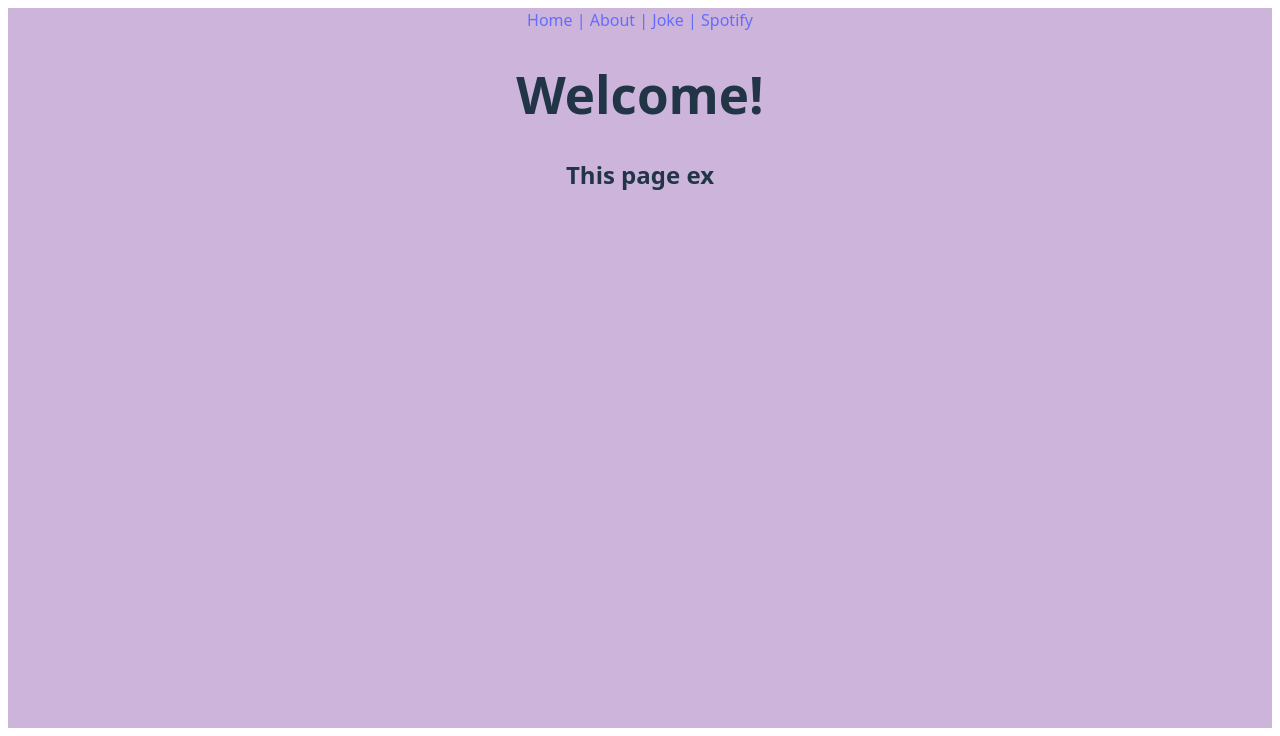
Repository: rosieomusic/spotify-react
Page: /
An editor plug-in stored every save of this project. The page is shown before and after the next save, followed by the edit.
The browser window is 1280 px wide. The pictures show the whole page.
The page's requests for data from a server got no answer. The project was rebuilt for these pictures with package versions that can differ from the ones it lists, and the page was loaded fresh each time. No one was signed in, and anything a server would have sent is missing. Also part of the build but not shown: vite.config.js, src/pages/AboutPage.jsx, src/services/SpotifyService.js, src/components/AlbumComponent.jsx, src/pages/SpotifyPage.jsx, src/services/JokeService.js, src/pages/JokePage.jsx.

Above is the page before, as saved 2025-05-09 18:38:29.

After the next save:
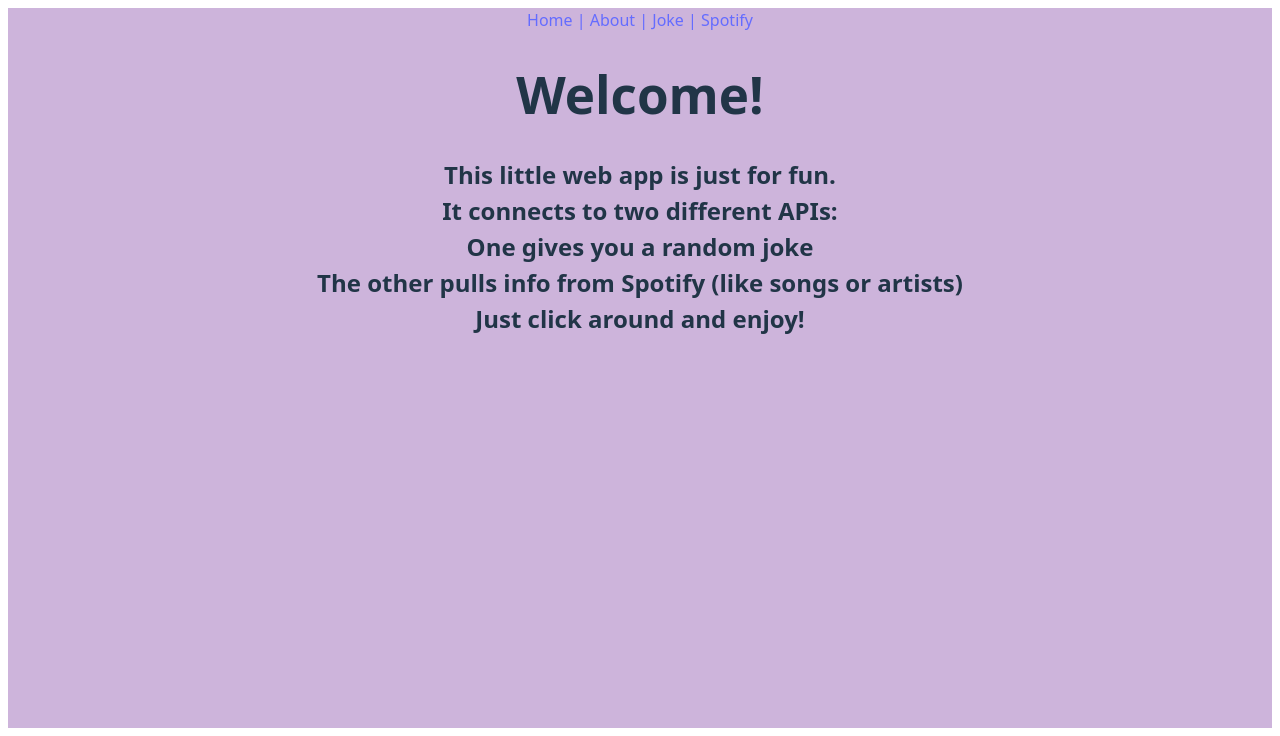
Saved 77 s later.
--- a/src/pages/HomePage.jsx
+++ b/src/pages/HomePage.jsx
@@ -4,7 +4,13 @@
 	return (
 		<div>
 			<h1>Welcome!</h1>
-			<h2>This page ex</h2>
+			<h2>
+				This little web app is just for fun. <br />
+				It connects to two different APIs: <br />
+				One gives you a random joke <br />
+				The other pulls info from Spotify (like songs or artists) <br />
+				Just click around and enjoy!
+			</h2>
 		</div>
 	);
 }
